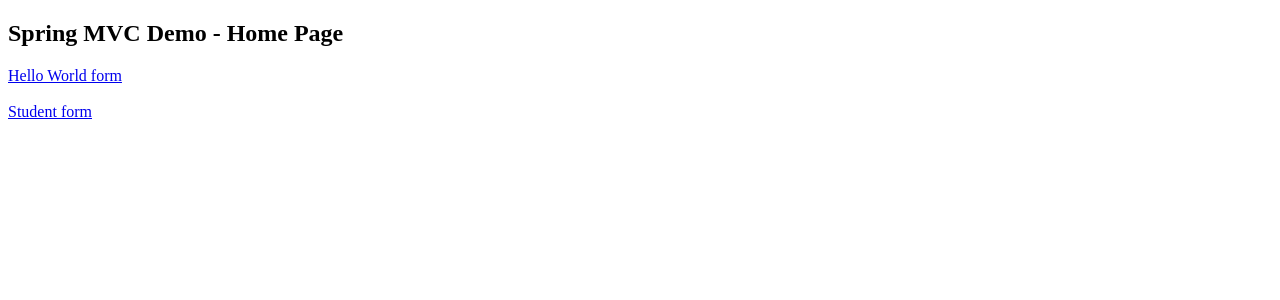
Repository: shravankumarsingh91/mydemoproject
Page: http://localhost/spring-mvc-demo/
These files come from the project's save history. The page is drawn as it stood at one moment and after the next save; the edit follows.
The browser window is 1280 px wide. The pictures show the whole page.
The page is served by Tomcat 9.

Above is the page before, as saved 2019-09-19 18:19:25.

After the next save:
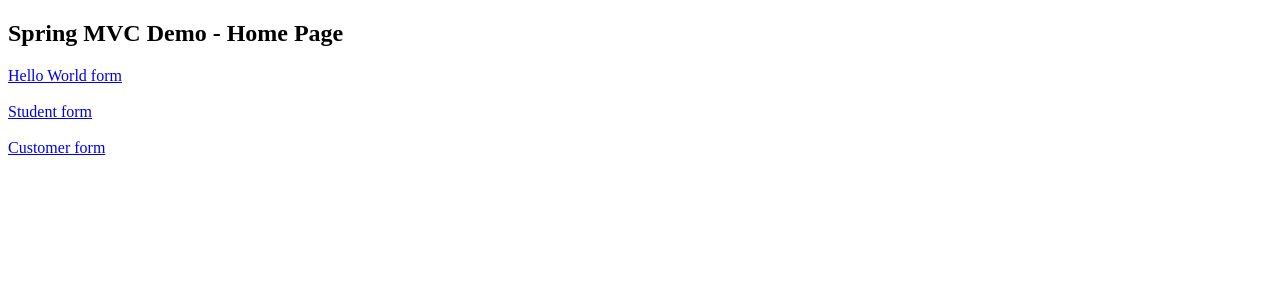
Saved 45 s later.
--- a/spring-mvc-demo/WebContent/WEB-INF/view/main-menu.jsp
+++ b/spring-mvc-demo/WebContent/WEB-INF/view/main-menu.jsp
@@ -11,6 +11,12 @@
 
 <a href="student/showForm">Student form</a>
 
+<br><br>
+
+<a href="customer/showForm">Customer form</a>
+
+<br><br>
+
 </body>
 
 </html>
